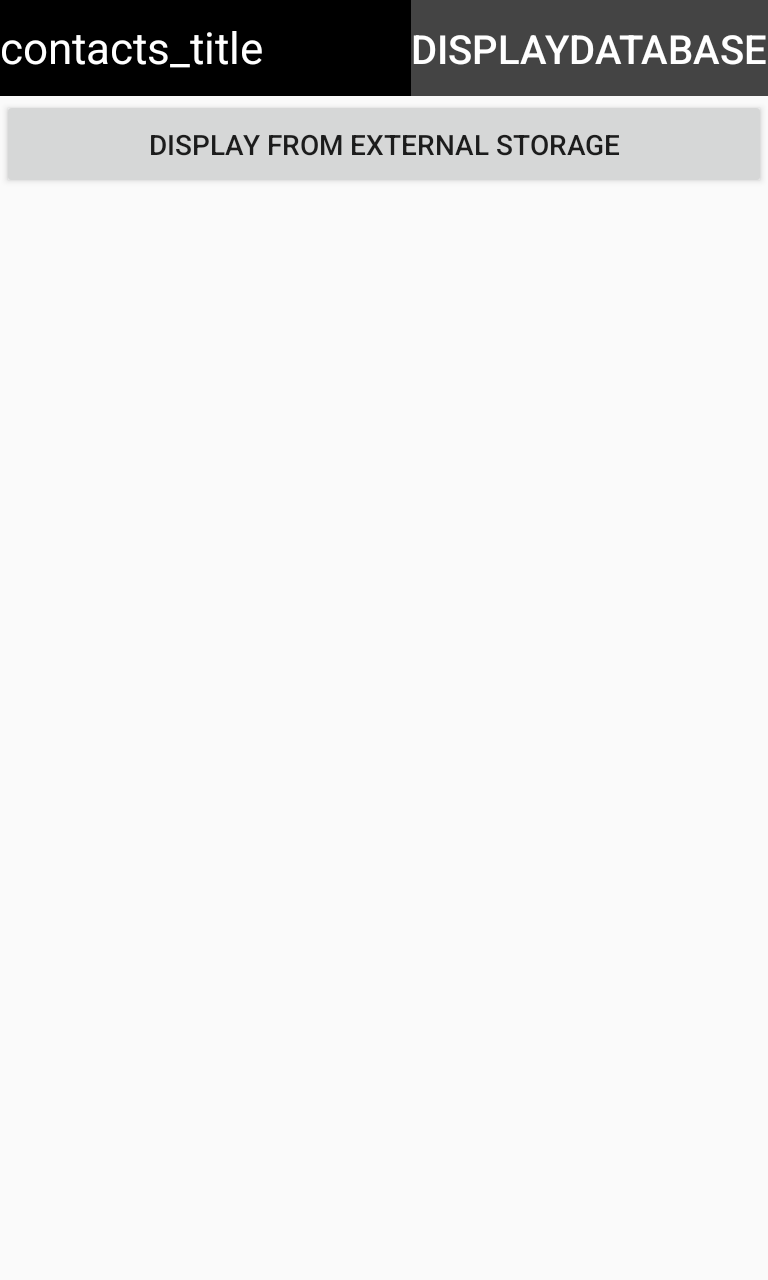
Repository: Smahane/SeniorProjectPOC
Layout: MyAssistant/res/layout/activity_database_output.xml
An editor plug-in stored every save of this project. The layout is shown before and after the next save, followed by the edit.
It is drawn on a 768 x 1280 px phone screen (xhdpi) without system bars, with theme AppTheme; the app's code is not run. Lists and similar views that code fills are empty.

Above is the layout before, as saved 2014-12-13 16:40:53.

After the next save:
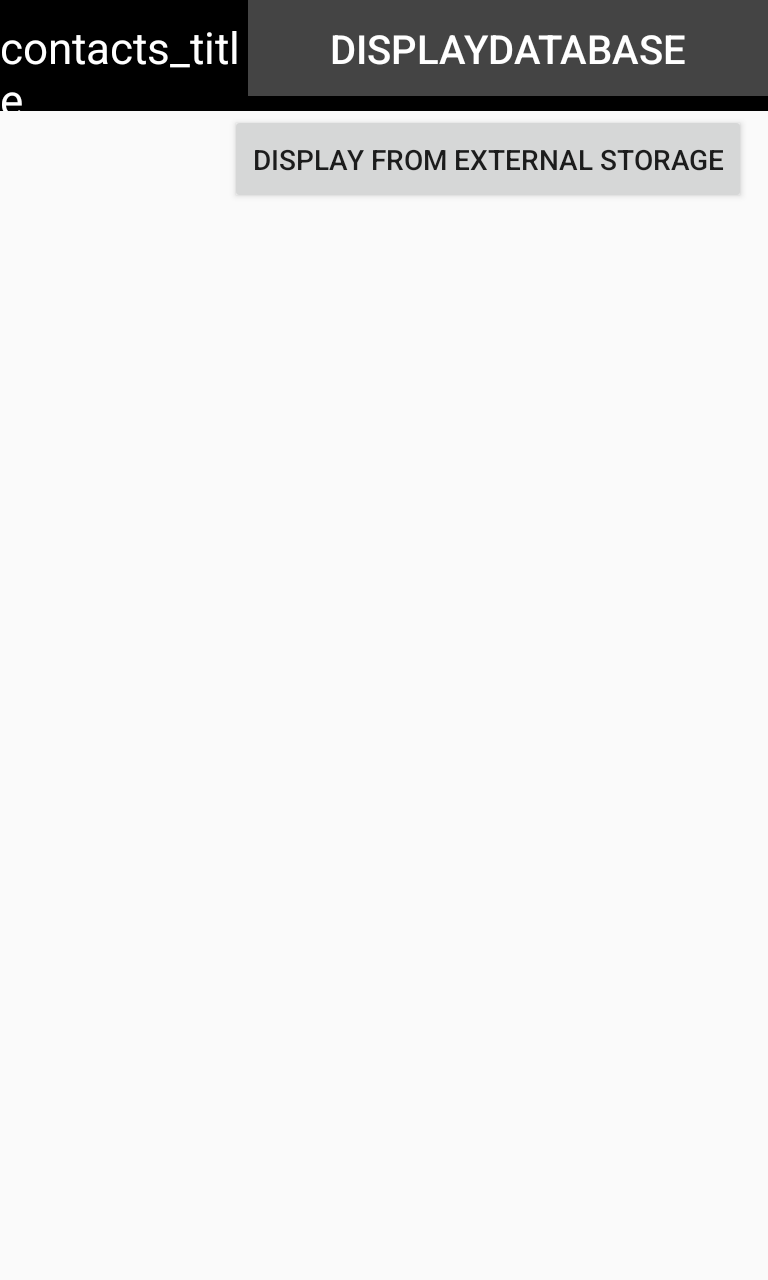
Saved 24 s later.
--- a/MyAssistant/res/layout/activity_database_output.xml
+++ b/MyAssistant/res/layout/activity_database_output.xml
@@ -41,7 +41,6 @@
             android:layout_height="wrap_content"
             android:layout_weight="1" >
         </ListView>
-    </TableRow>
 
 
         <Button
@@ -57,5 +56,8 @@
             android:padding="5dp"
             android:text=""
             android:textAppearance="?android:attr/textAppearanceMedium" />
+    </TableRow>
+
+
 
 </TableLayout>
